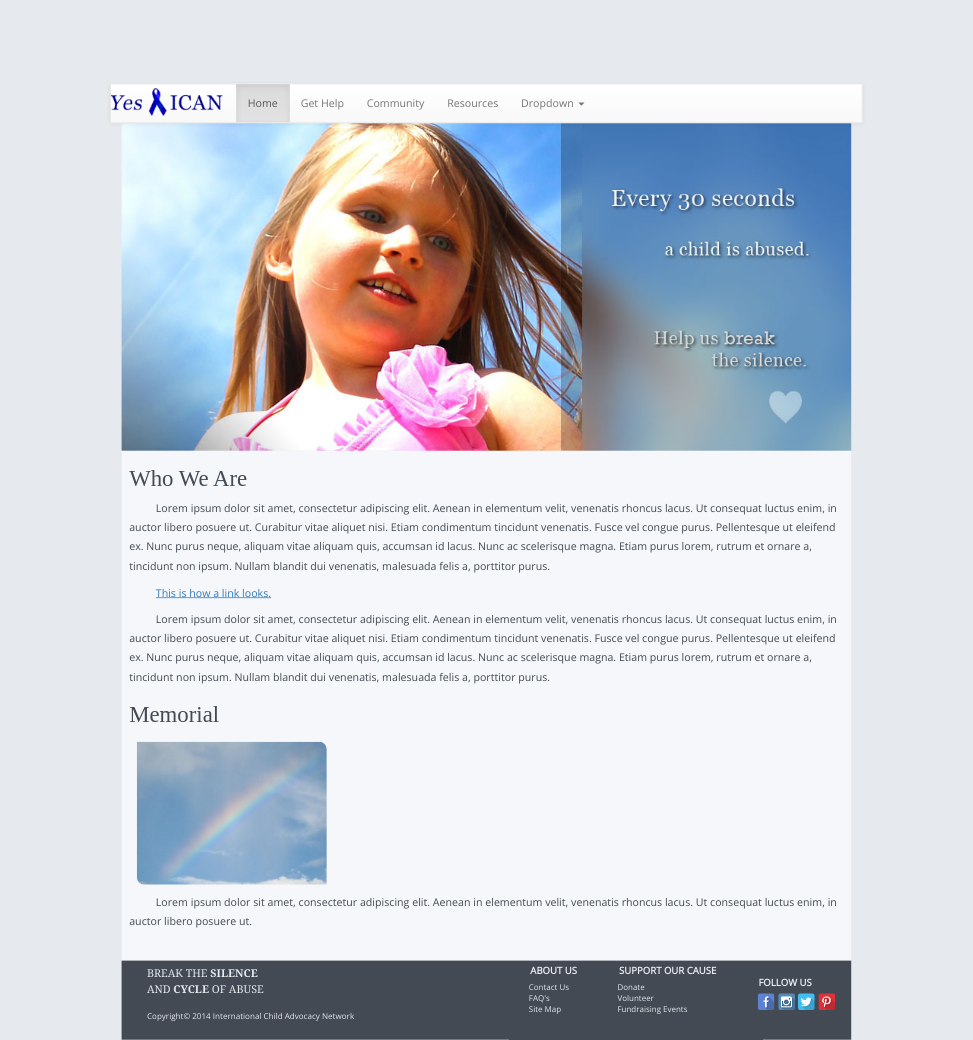
Repository: Rob21789/Yes-I-Can
Page: index.html
The author's editor kept a record of every edit. The page is drawn from the files as they stood at one moment, then again after the next edit.
The browser window is 1280 px wide. The pictures show the whole page, at 76% of full size.
Some web fonts or font styles are not loaded; a fallback is used. Some web libraries are served in a nearby version.

Above is the page before.
Not found: assets/js/ie-emulation-modes-warning.js
Not found: assets/js/ie10-viewport-bug-workaround.js

### index.html
<!DOCTYPE html>
<html lang="en">
  <head>
    <meta http-equiv="X-UA-Compatible" content="IE=edge">
    <meta name="viewport" content="width=device-width, initial-scale=1">
    <!--  ****ADD IN DESCRIPTION AND CONTENT*****
    <meta name="description" content="">
    <meta name="author" content="">
    -->
 	<meta charset="utf-8">
	<title>Yes ICAN: International Child Advocacy Network</title>
	    <!-- Bootstrap core CSS -->


      <!-- Custom styles for this template -->
  <script src="../../assets/js/ie-emulation-modes-warning.js"></script>


    <link href="css/bootstrap.min.css" rel="stylesheet">

    <link href="css/bootstrap-theme.min.css" rel="stylesheet">

  <link href="navbar.css" rel="stylesheet">
	<link rel="stylesheet" href="css/normalize.css"/>
	<link rel="stylesheet" href="css/main.css"/>
<!--	<link rel="stylesheet" href="css/responsive1.css"/>-->
	<!--<meta name="viewport" content="width=device-width, maximum-scale=1; minimum-scale=1; initial-scale=1.0"> COMMENTED OUT FOR BOOTSTRAP TESTING-->
	<link href='http://fonts.googleapis.com/css?family=Droid+Serif:700|Open+Sans' rel='stylesheet' type='text/css'>
  </head>



  <body>
  	<p></p>
  	    <div class="container">

      <!-- Static navbar -->
      <nav class="navbar navbar-default">
        <div class="container-fluid">
          <div class="navbar-header">
            <button type="button" class="navbar-toggle collapsed" data-toggle="collapse" data-target="#navbar" aria-expanded="false" aria-controls="navbar">
              <span class="sr-only">Toggle navigation</span>
              <span class="icon-bar"></span>
              <span class="icon-bar"></span>
              <span class="icon-bar"></span>
            </button>
            <a class="navbar-brand" href="index.html">
            	<img alt="site logo" id="navlogo" src="img/logo_short_sm.png"/>
            </a>
          </div>
          <div id="navbar" class="navbar-collapse collapse">
            <ul class="nav navbar-nav">

              <li class="active"><a href="#">Home</a></li>
              <li><a href="#">Get Help</a></li>
              <li><a href="#">Community</a></li>
              <li><a href="#">Resources</a></li>


              <li class="dropdown">
                <a href="#" class="dropdown-toggle" data-toggle="dropdown" role="button" aria-expanded="false">Dropdown <span class="caret"></span></a>
                <ul class="dropdown-menu" role="menu">
                  <li><a href="#">Action</a></li>
                  <li><a href="#">Another action</a></li>
                  <li><a href="#">Something else here</a></li>
                  <li class="divider"></li>
                  <li class="dropdown-header">Nav header</li>
                  <li><a href="#">Separated link</a></li>
                  <li><a href="#">One more separated link</a></li>
                </ul>
              </li>
            </ul>
           <!-- <ul class="nav navbar-nav navbar-right">
              <li><button type="button" class="btn btn-lg btn-success">Donate &#10084;</button></li>
              <style>

              	.btn-lg {
              		font-size: 15px;
									font-weight: bold;
									padding: 8px 16px;
									margin:6px 5px;
              	}
              </style>
            </ul>-->
          </div><!--/.nav-collapse -->
        </div><!--/.container-fluid -->
      </nav>
    </div> <!-- /container -->


    <!-- Bootstrap core JavaScript
    ================================================== -->
    <!-- Placed at the end of the document so the pages load faster -->
    <script src="https://ajax.googleapis.com/ajax/libs/jquery/1.11.1/jquery.min.js"></script>
    <script src="../../dist/js/bootstrap.min.js"></script>
    <!-- IE10 viewport hack for Surface/desktop Windows 8 bug -->
    <script src="../../assets/js/ie10-viewport-bug-workaround.js"></script>

  <!--END BOOTSTRAP code-->



 <!--
	<header>

		COMMENT: This is where my header was, but I am commenting it out for editing

		<img id="header" src="img/header.jpg"/> Include transparent logo PNG here
		<div id="header"><a href="index.html"><img id="logo" alt="site logo" src="img/logo.png"/></a></div>


		<nav>
			<ul>
			    <li><a class="selected" href="index.html">Home</a></li>
				<li><a href="chat.html">Get Help</a></li>
				<li><a href="http://community.yesican.org">Community</a></li>
				<li><a href="resources.html">Resources</a></li>
				<li><a href="about.html">About YIC</a></li>
				<li><a href="supportyic.html">Get Involved</a></li>
				<li><a href="donate.html">Donate</a></li>
			</ul>
		</nav>
	</header>
-->

	<img id="banner" alt="home page banner" src="img/banner.jpg"/>
	<!--The main content of the website will go inside of the #wrapper id. It is divided into two sections: #primary & #secondary.-->
	<div id="wrapper">
		<!-- Two sections have been created for desktop view to have two columns. Mobile website will just be stacked-->
		<div id="content">
			<section id="primary"><!--Left column content goes here-->
				<h2>Who We Are</h2>
				<p>Lorem ipsum dolor sit amet, consectetur adipiscing elit. Aenean in elementum velit, venenatis rhoncus lacus. Ut consequat luctus enim, in auctor libero posuere ut. Curabitur vitae aliquet nisi. Etiam condimentum tincidunt venenatis. Fusce vel congue purus. Pellentesque ut eleifend ex. Nunc purus neque, aliquam vitae aliquam quis, accumsan id lacus. Nunc ac scelerisque magna. Etiam purus lorem, rutrum et ornare a, tincidunt non ipsum. Nullam blandit dui venenatis, malesuada felis a, porttitor purus.</p>
				<p><a href="#">This is how a link looks.</a></p>
				<p>Lorem ipsum dolor sit amet, consectetur adipiscing elit. Aenean in elementum velit, venenatis rhoncus lacus. Ut consequat luctus enim, in auctor libero posuere ut. Curabitur vitae aliquet nisi. Etiam condimentum tincidunt venenatis. Fusce vel congue purus. Pellentesque ut eleifend ex. Nunc purus neque, aliquam vitae aliquam quis, accumsan id lacus. Nunc ac scelerisque magna. Etiam purus lorem, rutrum et ornare a, tincidunt non ipsum. Nullam blandit dui venenatis, malesuada felis a, porttitor purus.</p>
			</section>

			<section class="secondary"><!--Right column content goes here-->
				<h2>Memorial</h2>
				<img alt="Memorial List" src="img/memorial_list.jpg"/>
				<p>Lorem ipsum dolor sit amet, consectetur adipiscing elit. Aenean in elementum velit, venenatis rhoncus lacus. Ut consequat luctus enim, in auctor libero posuere ut.</p>
			</section>
		</div>
	</div>

	<!--Footer still needs to be completed-->
	<footer>
		<div id="footer-right">
			<ul>
				<li>ABOUT US</li>
				<li><a href="">Contact Us</a></li>
				<li><a href="">FAQ's</a></li>
				<li><a href="">Site Map</a></li>
			</ul>
			<ul>
				<li>SUPPORT OUR CAUSE</li>
				<li><a href="">Donate</a></li>
				<li><a href="">Volunteer</a></li>
				<li><a href="">Fundraising Events</a></li>
			</ul>
			<ul>
				<li>FOLLOW US</li>
				<li>
					<a href="#Facebook"><img src="img/facebook-icon.png" alt="Facebook Logo" class="social-icon"></a>
					<a href="#Instagram"><img src="img/instagram-icon.png" alt="Instagram Logo" class="social-icon"></a>
					<a href="#Twitter"><img src="img/twitter-icon.png" alt="Twitter Logo" class="social-icon"/></a>
					<a href="#Pinterest"><img src="img/pinterest-icon.png" alt="Pinterest Logo" class="social-icon"/></a>
				</li>
			</ul>
		</div>
		<div id="footer-left">
			<p id="footer-slogan">BREAK THE <strong>SILENCE</strong> <br>AND <strong>CYCLE</strong> OF ABUSE</p>
			<p id="copyright">Copyright&copy; 2014 International Child Advocacy Network</p>
		</div>
	</footer>


	   <script src="https://ajax.googleapis.com/ajax/libs/jquery/1.11.1/jquery.min.js"></script>
    <script src="js/bootstrap.min.js"></script>
  </body>
</html>

### css/navbar.css
/*body {
  padding-top: 10px;
  padding-bottom: 20px;
}
*/
.navbar {
  margin-bottom: 0px;
}

body {
    padding-top: 70px; /* Required padding for .navbar-fixed-top. Change if height of navigation changes. */
}

.navbar-fixed-top .nav {
    padding: 10px 0;
}

.navbar-fixed-top .navbar-brand {
    padding: 0 10px;
}

@media(min-width:768px) {
    body {
        padding-top: 100px; /* Required padding for .navbar-fixed-top. Change if height of navigation changes. */
    }

    .navbar-fixed-top .navbar-brand {
        padding: 15px 0;
    }
}

### css/main.css
/***********************
GENERAL
***********************/
a:hover {
    text-decoration: underline;
}

img {

    max-width: 100%;
}

body {
    /*font-family: 'Fabrica', 'Courier New';*/
    font-family: 'Open Sans', sans-serif;
    background-color:#e6e9ed;
    color: #434a54;
}

#wrapper{
    max-width:960px;
    margin: 0 auto;
    background-color: #f5f7fa;
    overflow: auto; /*This fixed the wrapper background color problem that happened bc floating content*/
    line-height: 1.8em;
}

#content a {
    text-decoration: underline;
}

#content img {
    border-radius:5px 20px 5px;
    padding:10px;
}

#content {
    padding:0 10px 30px 10px;
}

#wrapper p {
    text-indent: 2.5em;
}

#banner {
    margin-left: auto;
    margin-right:auto;
    padding: 0;
    display:block;
    clear:both;
}


h1, h2, h3 {
    font-family: 'Droid Serif', serif;
}

.selected {
     color:#0B108C;
    text-decoration: none;
}


/***********************
HEADER - Top image strip above banner
***********************/
/*#logo { Commented out for bootstrap testing
    text-align:right;
    max-height:100%;
    max-width:100%;
    padding: 10px 0px 10px 30px;
}*/

.navbar-brand {
    margin-top:-5px;
}

#header {
    background-image: url(../img/header.jpg);
    background-repeat: no-repeat;
    background-position: top;
    margin: 0 auto;
    max-width:960px;
}

/*Commented out for testing new header technique
#header {
margin-left: auto;
margin-right: auto;
padding: 0;
display: block;
clear: both;
font-family: 'Fabrica', Arial;
}

*******/

/***********************
NAVIGATION - Main site navigation
***********************/
#navlogo {
    margin-top:-5px;
}

.container
{
    margin:0 auto;
    max-width:990px;
}

.row {
    margin-left, margin-right: 0px;
}

.navbar {
    margin-bottom:0px;
    min-height:50px;
    border-radius:0px;
}
/**********************
FOOTER
**********************/
footer {
    font-family: 'Open Sans', sans-serif;
    max-width:960px;
    background-color:#434a54;
    font-size:0.75em;
    clear:both;
    color:#e6e9ed; overflow:auto;
    margin: 0 auto;
    padding:5px;
}
footer h3{
    padding-left: .9em;
    font-family: 'Open Sans', sans-serif;
}
footer ul {
    display:inline-block;
    list-style-type: none;
    }
footer ul li{
    list-style:none;
    text-decoration:none;
    margin-left: 1em;
}
footer ul li a{
    color:#e6e9ed;
    text-decoration:none;
}

footer a:hover {
    color:#FFFFFF; /*Change hover color to make it more prominent*/
}


/**********************
RIGHT SIDE OF FOOTER - Contains links and social media icons
**********************/
#footer-right {
    float:right;
    margin-right:15px;
}

#footer-right li:nth-child(1) { /*Styles footer headers*/
    font-weight:bold;
    font-size:1.2em;
    padding-bottom:4px;
}

.social-icon {
    display:inline-block;
    width:24px;
    height:24px;
    margin-bottom:22.7px; /*controls height of "follow us" in footer*/
    padding:1px;
    border-radius: 20%;
}

/**********************
LEFT SIDE OF FOOTER - Contains copyright and slogan
**********************/
#footer-left {
    float:left;
    padding-left: 2em;
    text-align:left;
    font-size: 1.35em;
    display:inline-block;
    line-height: 1.5em;
}

#footer-slogan {
    font-family: 'Georgia', 'Droid Serif', sans-serif;
}

#copyright{
    font-size: .75em;
    text-align:left;
    margin-top: 5px;
    display:inline-block;
    font-family: 'Open Sans', sans-serif;
}

/***********************
CONTENT TEMPLATE - Content template for all other pages
***********************/

Loaded but not shown: css/bootstrap.min.css (library); css/bootstrap-theme.min.css (library); css/normalize.css (library); js/bootstrap.min.js (library)

After the next edit:
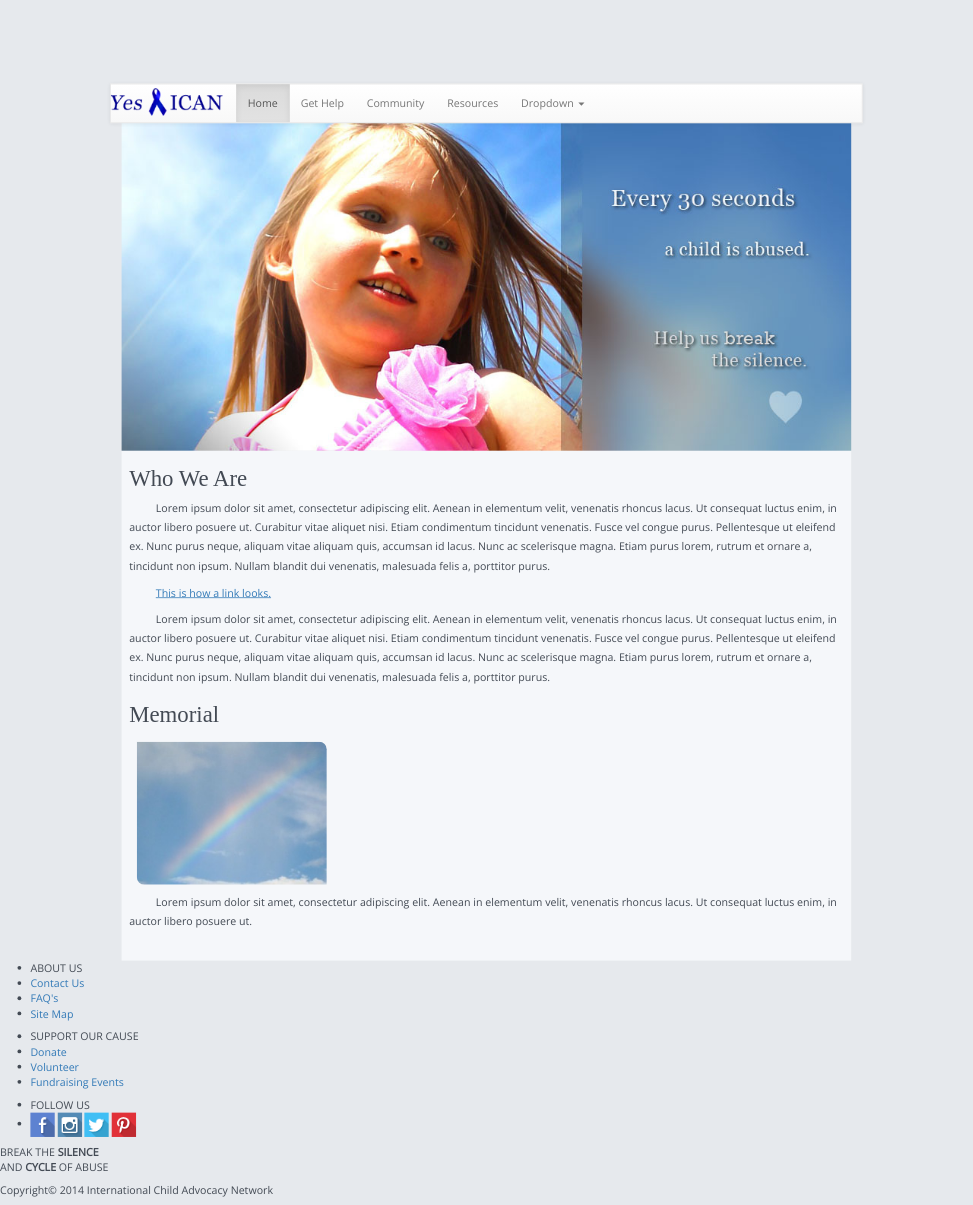
The edit:
--- a/css/main.css
+++ b/css/main.css
@@ -117,6 +117,12 @@
     min-height:50px;
     border-radius:0px;
 }
+
+.btn-lg { /*Styles the donate button*/
+font-size: 15px;
+font-weight: bold;
+									padding: 8px 16px;
+									margin:6px 5px;
 /**********************
 FOOTER
 **********************/

After the 2 edits that followed:
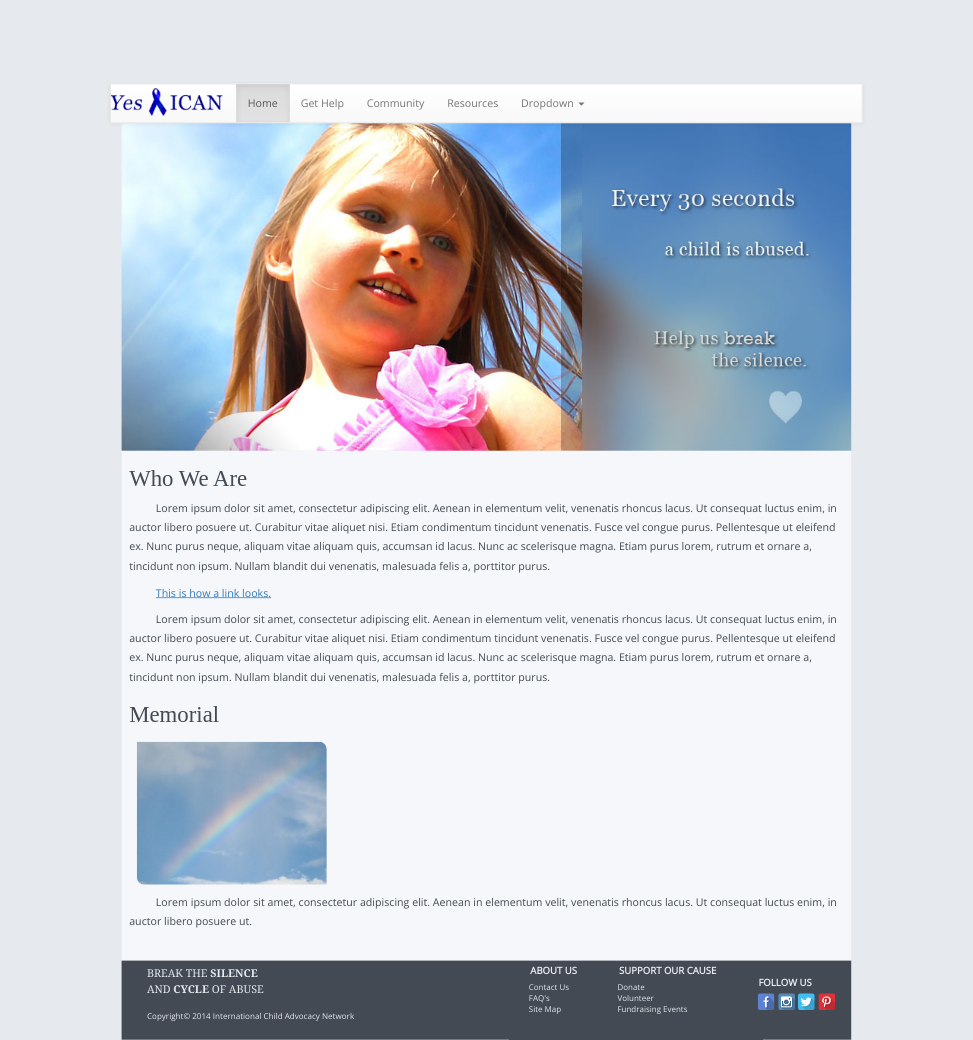
The 2 edits are shown as one change because 1 left the picture as it was.
The edit:
--- a/css/main.css
+++ b/css/main.css
@@ -119,10 +119,11 @@
 }
 
 .btn-lg { /*Styles the donate button*/
-font-size: 15px;
-font-weight: bold;
-									padding: 8px 16px;
-									margin:6px 5px;
+    font-size: 15px;
+    font-weight: bold;
+    padding: 8px 16px;
+    margin:6px 5px;
+}
 /**********************
 FOOTER
 **********************/
